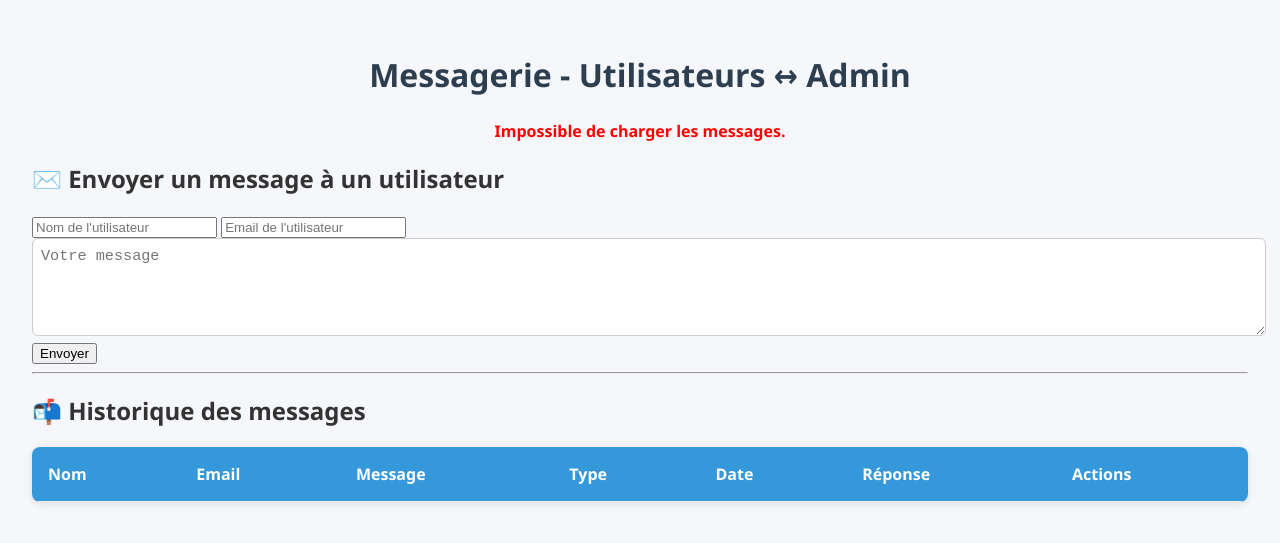
Repository: prestige225/prestige_digit_store_backend
Page: contact_admin.html
These files come from the project's save history. The page is drawn as it stood at one moment and after the next save; the edit follows.
The browser window is 1280 px wide. The pictures show the whole page.
The page's requests for data from a server got no answer.

Above is the page before, as saved 2025-07-01 10:11:29.
Console error: TypeError: Cannot read properties of null (reading 'addEventListener')

### contact_admin.html


<!DOCTYPE html>
<html lang="en">
<head>
    <meta charset="UTF-8">
    <meta name="viewport" content="width=device-width, initial-scale=1.0">
    <title>Contact Admin</title>
    <style>
        body {
  font-family: 'Segoe UI', Tahoma, Geneva, Verdana, sans-serif;
  background-color: #f5f7fa;
  margin: 0;
  padding: 2rem;
  color: #333;
}

h1 {
  text-align: center;
  margin-bottom: 1.5rem;
  color: #2c3e50;
}

#feedback {
  text-align: center;
  font-weight: bold;
  margin-bottom: 1rem;
}

.success {
  color: green;
}

.error {
  color: red;
}

table {
  width: 100%;
  border-collapse: collapse;
  background-color: #fff;
  box-shadow: 0 2px 8px rgba(0, 0, 0, 0.1);
  border-radius: 8px;
  overflow: hidden;
}

thead {
  background-color: #3498db;
  color: white;
}

th, td {
  padding: 1rem;
  text-align: left;
  border-bottom: 1px solid #eee;
  vertical-align: top;
}

tr:hover {
  background-color: #f1f1f1;
}

textarea {
  width: 100%;
  min-height: 80px;
  padding: 0.5rem;
  border: 1px solid #ccc;
  border-radius: 6px;
  resize: vertical;
  font-size: 0.95rem;
}

button.reply-btn,
button.delete-btn {
  padding: 8px 12px;
  margin-top: 0.5rem;
  border: none;
  border-radius: 4px;
  font-weight: bold;
  cursor: pointer;
  transition: background-color 0.3s;
}

button.reply-btn {
  background-color: #2ecc71;
  color: white;
}

button.reply-btn:hover {
  background-color: #27ae60;
}

button.delete-btn {
  background-color: #e74c3c;
  color: white;
}

button.delete-btn:hover {
  background-color: #c0392b;
}

.response {
  background-color: #ecf0f1;
  padding: 0.75rem;
  border-radius: 6px;
  font-style: italic;
}

.date {
  font-size: 0.85rem;
  color: #888;
  margin-top: 0.4rem;
}

/* Responsive */
@media screen and (max-width: 768px) {
  table, thead, tbody, th, td, tr {
    display: block;
  }

  thead {
    display: none;
  }

  tr {
    margin-bottom: 1rem;
    border: 1px solid #ddd;
    border-radius: 8px;
    padding: 1rem;
    background-color: #fff;
  }

  td {
    padding: 0.5rem 0;
  }

  td:before {
    content: attr(data-label);
    font-weight: bold;
    display: block;
    margin-bottom: 0.25rem;
    color: #555;
  }
}

    </style>
</head>
<body>
    <h1>Messagerie - Utilisateurs ↔ Admin</h1>
<p id="feedback" class="error"></p>

<!-- Formulaire pour envoyer un message manuellement -->
<h2>✉️ Envoyer un message à un utilisateur</h2>
<form id="adminMessageForm">
  <input type="text" id="adminName" placeholder="Nom de l'utilisateur" required>
  <input type="email" id="adminEmail" placeholder="Email de l'utilisateur" required>
  <textarea id="adminMessage" placeholder="Votre message" required></textarea>
  <button type="submit">Envoyer</button>
</form>

<hr>

<!-- Table de tous les messages (admin + utilisateurs) -->
<h2>📬 Historique des messages</h2>
<table id="messagesTable">
  <thead>
    <tr>
      <th>Nom</th>
      <th>Email</th>
      <th>Message</th>
      <th>Type</th>
      <th>Date</th>
      <th>Réponse</th>
      <th>Actions</th>
    </tr>
  </thead>
  <tbody></tbody>
</table>
</body>
<script>
    const API_BASE = 'http://localhost:3000/api/messages';

  // 🔄 Charger tous les messages
  async function loadMessages() {
    const feedback = document.getElementById('feedback');
    feedback.textContent = '';
    const tbody = document.querySelector('#messagesTable tbody');
    tbody.innerHTML = '';

    try {
      const res = await fetch(API_BASE);
      if (!res.ok) throw new Error("Erreur lors du chargement des messages");
      const data = await res.json();

      if (data.length === 0) {
        feedback.textContent = "Aucun message trouvé.";
        return;
      }

      data.forEach(msg => {
        const tr = document.createElement('tr');
        const createdDate = new Date(msg.created_at).toLocaleString();

        tr.innerHTML = `
          <td>${msg.name}</td>
          <td>${msg.email}</td>
          <td>${msg.message}</td>
          <td>${msg.sender === 'admin' ? '🛡️ Admin' : '👤 Utilisateur'}</td>
          <td>${createdDate}</td>
          <td>
            ${msg.reply && msg.sender === 'user' ? `
              <div class="response">${msg.reply}</div>
              <div class="date">Répondu le : ${new Date(msg.replied_at).toLocaleString()}</div>
            ` : (!msg.reply && msg.sender === 'user' ? `
              <textarea placeholder="Tapez votre réponse..."></textarea>
              <button class="reply-btn">Répondre</button>
            ` : '—')}
          </td>
          <td><button class="delete-btn" data-id="${msg.id}">🗑 Supprimer</button></td>
        `;

        // Répondre à un message utilisateur
        if (!msg.reply && msg.sender !== 'admin') {
          const textarea = tr.querySelector('textarea');
          const button = tr.querySelector('.reply-btn');

          button.addEventListener('click', async () => {
            const replyText = textarea.value.trim();
            if (!replyText) return alert("Entrez une réponse.");
            button.disabled = true;
            button.textContent = 'Envoi...';

            try {
              const res = await fetch(`${API_BASE}/${msg.id}/reply`, {
                method: 'POST',
                headers: { 'Content-Type': 'application/json' },
                body: JSON.stringify({ reply: replyText }),
              });
              if (!res.ok) throw new Error("Erreur lors de la réponse");
              await loadMessages();
              feedback.textContent = "Réponse envoyée.";
              feedback.className = "success";
            } catch (err) {
              alert(err.message);
              button.disabled = false;
              button.textContent = 'Répondre';
            }
          });
        }

        // Supprimer
        tr.querySelector('.delete-btn').addEventListener('click', async () => {
          if (!confirm("Supprimer ce message ?")) return;
          try {
            const res = await fetch(`${API_BASE}/${msg.id}`, { method: 'DELETE' });
            if (!res.ok) throw new Error("Erreur suppression");
            await loadMessages();
            feedback.textContent = "Message supprimé.";
            feedback.className = "success";
          } catch (err) {
            alert(err.message);
          }
        });

        tbody.appendChild(tr);
      });

    } catch (err) {
      feedback.textContent = "Impossible de charger les messages.";
      feedback.className = "error";
      console.error(err);
    }
  }

  // 🔼 Envoi de message par l’admin
  document.getElementById('adminMessageForm').addEventListener('submit', async (e) => {
    e.preventDefault();
    const name = document.getElementById('adminName').value.trim();
    const email = document.getElementById('adminEmail').value.trim();
    const message = document.getElementById('adminMessage').value.trim();

    if (!name || !email || !message) {
      alert("Tous les champs sont requis");
      return;
    }

    try {
      const res = await fetch(`${API_BASE}/send`, {
        method: 'POST',
        headers: { 'Content-Type': 'application/json' },
        body: JSON.stringify({ name, email, message }),
      });
      if (!res.ok) throw new Error("Erreur lors de l'envoi");
      document.getElementById('adminMessageForm').reset();
      await loadMessages();
    } catch (err) {
      alert(err.message);
    }
  });

  loadMessages();





  document.getElementById('adminSendForm').addEventListener('submit', async function (e) {
  e.preventDefault();

  const name = document.getElementById('sendName').value.trim();
  const email = document.getElementById('sendEmail').value.trim();
  const message = document.getElementById('sendMessage').value.trim();
  const feedback = document.getElementById('sendFeedback');

  if (!name || !email || !message) {
    feedback.textContent = "Tous les champs sont obligatoires.";
    feedback.style.color = "red";
    return;
  }

  try {
    const res = await fetch('http://localhost:3000/api/messages/send', {
      method: 'POST',
      headers: {
        'Content-Type': 'application/json'
      },
      body: JSON.stringify({ name, email, message })
    });

    if (!res.ok) {
      throw new Error("Erreur lors de l'envoi du message");
    }

    feedback.textContent = "Message envoyé avec succès.";
    feedback.style.color = "green";

    // Réinitialiser le formulaire
    document.getElementById('adminSendForm').reset();
  } catch (err) {
    feedback.textContent = err.message;
    feedback.style.color = "red";
  }
});

</script>
</html>

After the next save:
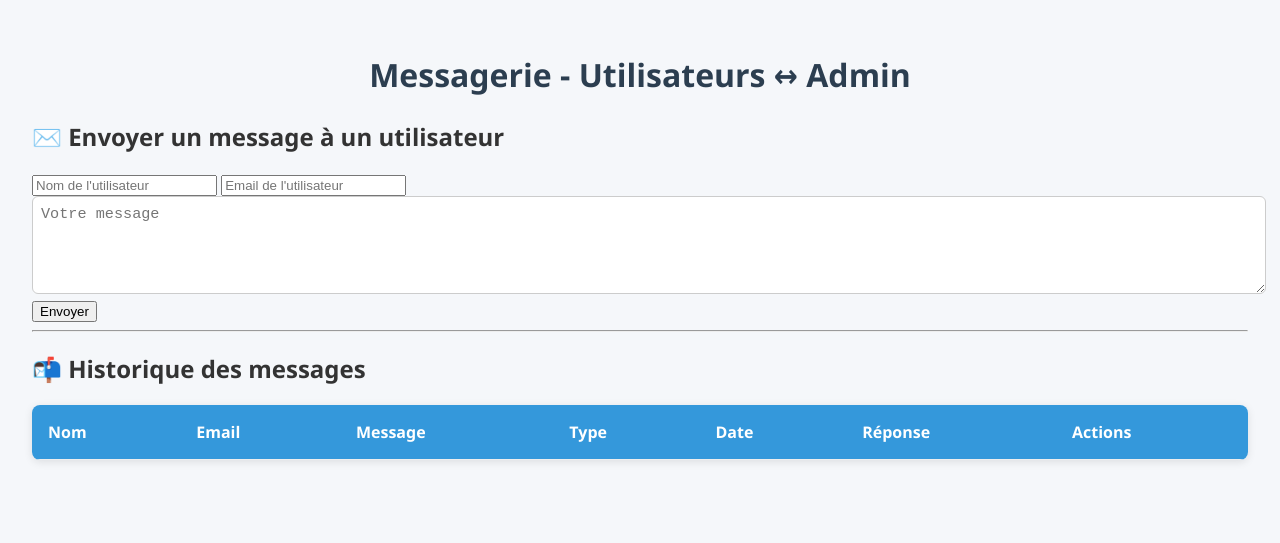
Saved 18 min 1 s later.
--- a/contact_admin.html
+++ b/contact_admin.html
@@ -178,7 +178,7 @@ button.delete-btn:hover {
 </table>
 </body>
 <script>
-    const API_BASE = 'http://localhost:3000/api/messages';
+  const API_BASE = 'http://localhost:3000/api/messages';
 
   // 🔄 Charger tous les messages
   async function loadMessages() {
@@ -248,7 +248,7 @@ button.delete-btn:hover {
           });
         }
 
-        // Supprimer
+        // Supprimer un message
         tr.querySelector('.delete-btn').addEventListener('click', async () => {
           if (!confirm("Supprimer ce message ?")) return;
           try {
@@ -272,75 +272,44 @@ button.delete-btn:hover {
     }
   }
 
-  // 🔼 Envoi de message par l’admin
-  document.getElementById('adminMessageForm').addEventListener('submit', async (e) => {
+  // 🔼 Envoi d'un message depuis le formulaire adminSendForm
+  document.getElementById('adminSendForm').addEventListener('submit', async function (e) {
     e.preventDefault();
-    const name = document.getElementById('adminName').value.trim();
-    const email = document.getElementById('adminEmail').value.trim();
-    const message = document.getElementById('adminMessage').value.trim();
+
+    const name = document.getElementById('sendName').value.trim();
+    const email = document.getElementById('sendEmail').value.trim();
+    const message = document.getElementById('sendMessage').value.trim();
+    const feedback = document.getElementById('sendFeedback');
 
     if (!name || !email || !message) {
-      alert("Tous les champs sont requis");
+      feedback.textContent = "Tous les champs sont obligatoires.";
+      feedback.style.color = "red";
       return;
     }
 
     try {
-      const res = await fetch(`${API_BASE}/send`, {
+      const res = await fetch('http://localhost:3000/api/messages/send', {
         method: 'POST',
         headers: { 'Content-Type': 'application/json' },
-        body: JSON.stringify({ name, email, message }),
+        body: JSON.stringify({ name, email, message, sender: 'admin' })
       });
-      if (!res.ok) throw new Error("Erreur lors de l'envoi");
-      document.getElementById('adminMessageForm').reset();
+
+      if (!res.ok) {
+        throw new Error("Erreur lors de l'envoi du message");
+      }
+
+      feedback.textContent = "Message envoyé avec succès.";
+      feedback.style.color = "green";
+      document.getElementById('adminSendForm').reset();
       await loadMessages();
     } catch (err) {
-      alert(err.message);
+      feedback.textContent = err.message;
+      feedback.style.color = "red";
     }
   });
 
+  // Initialisation
   loadMessages();
-
-
-
-
-
-  document.getElementById('adminSendForm').addEventListener('submit', async function (e) {
-  e.preventDefault();
-
-  const name = document.getElementById('sendName').value.trim();
-  const email = document.getElementById('sendEmail').value.trim();
-  const message = document.getElementById('sendMessage').value.trim();
-  const feedback = document.getElementById('sendFeedback');
-
-  if (!name || !email || !message) {
-    feedback.textContent = "Tous les champs sont obligatoires.";
-    feedback.style.color = "red";
-    return;
-  }
-
-  try {
-    const res = await fetch('http://localhost:3000/api/messages/send', {
-      method: 'POST',
-      headers: {
-        'Content-Type': 'application/json'
-      },
-      body: JSON.stringify({ name, email, message })
-    });
-
-    if (!res.ok) {
-      throw new Error("Erreur lors de l'envoi du message");
-    }
-
-    feedback.textContent = "Message envoyé avec succès.";
-    feedback.style.color = "green";
-
-    // Réinitialiser le formulaire
-    document.getElementById('adminSendForm').reset();
-  } catch (err) {
-    feedback.textContent = err.message;
-    feedback.style.color = "red";
-  }
-});
-
 </script>
+
 </html>
